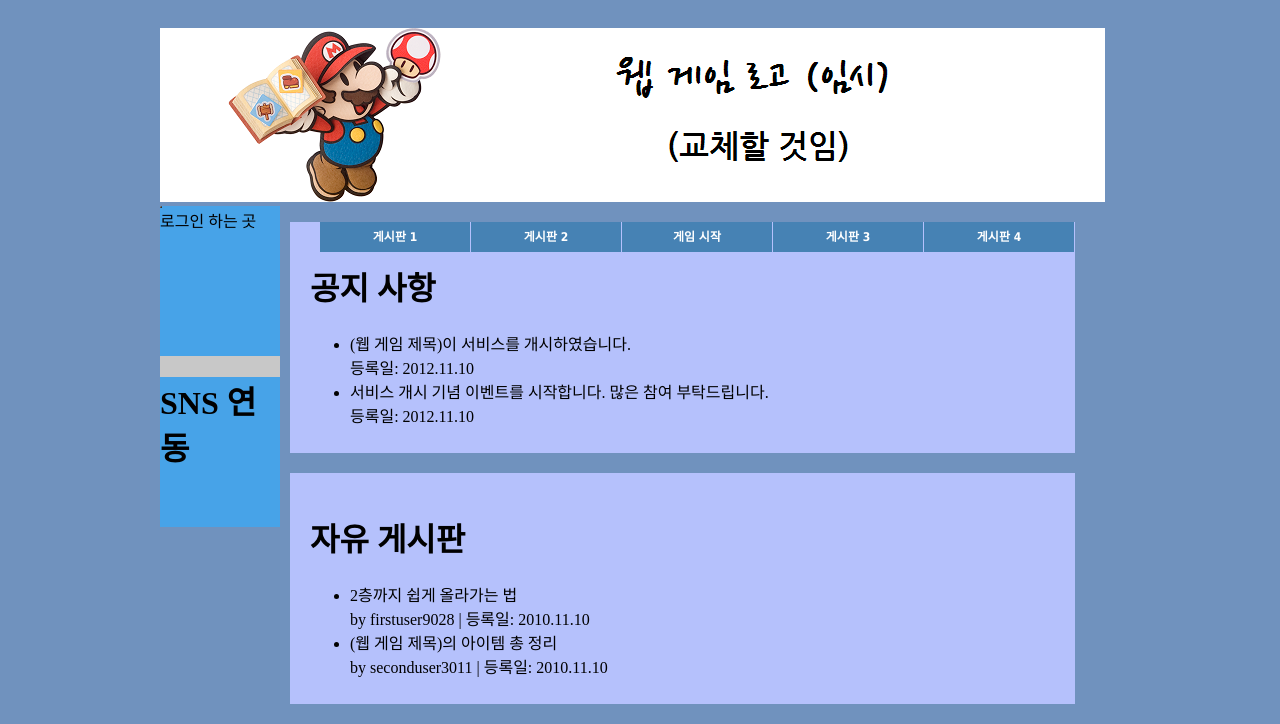
Repository: gunhe123/web_programing_project_Team_4
Page: web_game/WebContent/index.html
An editor plug-in stored every save of this project. The page is shown before and after the next save, followed by the edit.
The browser window is 1280 px wide. The pictures show the whole page.

Above is the page before, as saved 2012-11-10 16:42:17.

After the next save:
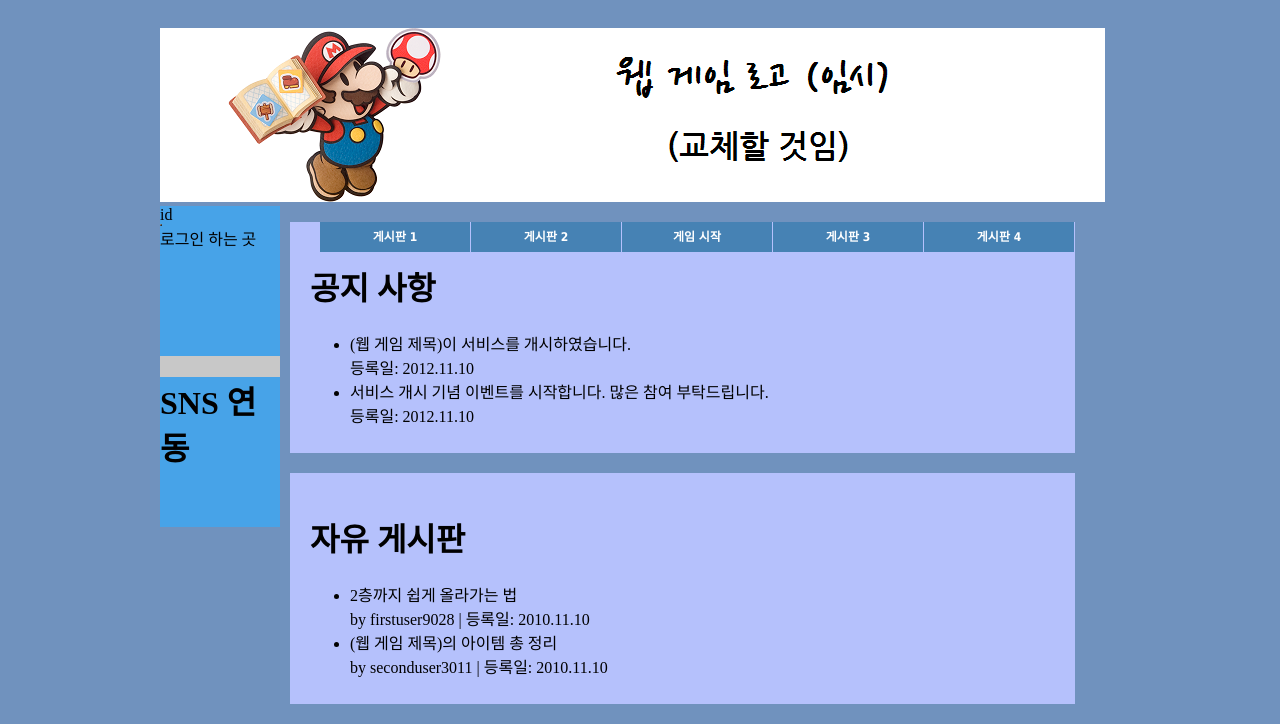
Saved 10 s later.
--- a/web_game/WebContent/index.html
+++ b/web_game/WebContent/index.html
@@ -15,6 +15,8 @@
 			<div id="login_box">
 			<table border="1">
 				<tr>
+				id
+				</tr>
 			</table>
 			로그인 하는 곳
 			</div>
